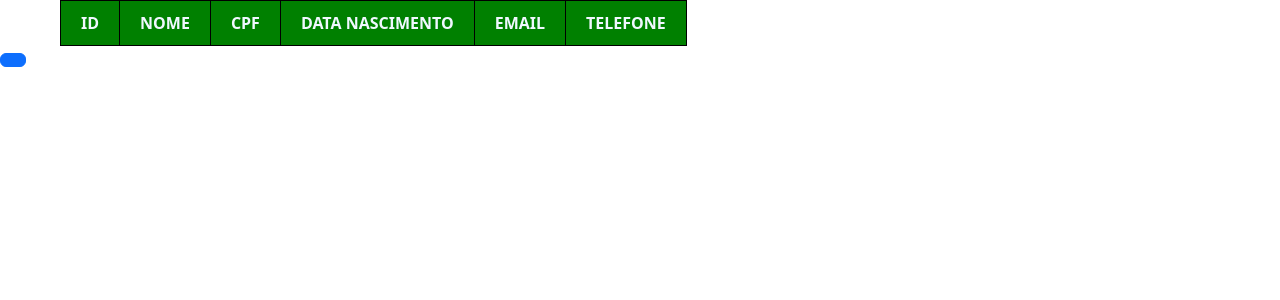
Repository: ujota/crud-cliente
Page: api-clientes/front/html/cliente.html
An editor plug-in stored every save of this project. The page is shown before and after the next save, followed by the edit.
The browser window is 1280 px wide. The pictures show the whole page.
The page's requests for data from a server got no answer.

Above is the page before, as saved 2022-10-03 15:39:11.

After the next save:
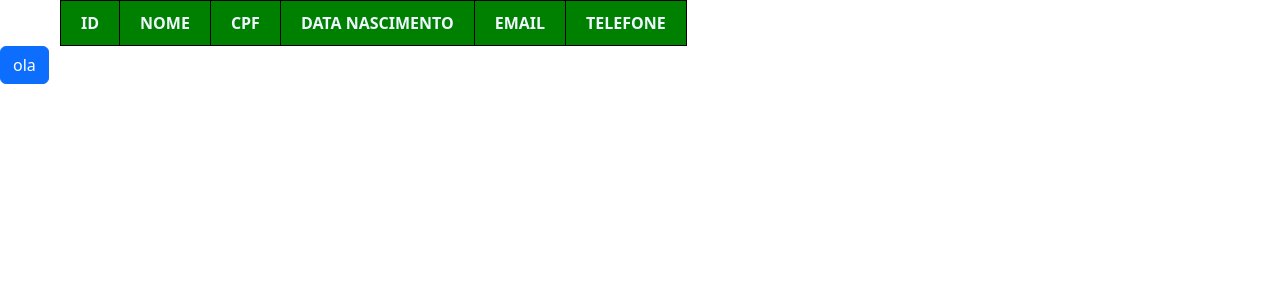
Saved 20 s later.
--- a/api-clientes/front/html/cliente.html
+++ b/api-clientes/front/html/cliente.html
@@ -12,7 +12,7 @@
     <form action="#">
         <div id="body"></div>
 		<button type="button" class="btn btn-primary" data-toggle="modal" data-target="#ExemploModalCentralizado">
-
+		  ola
 		</button>
 
 		<!-- Modal -->
